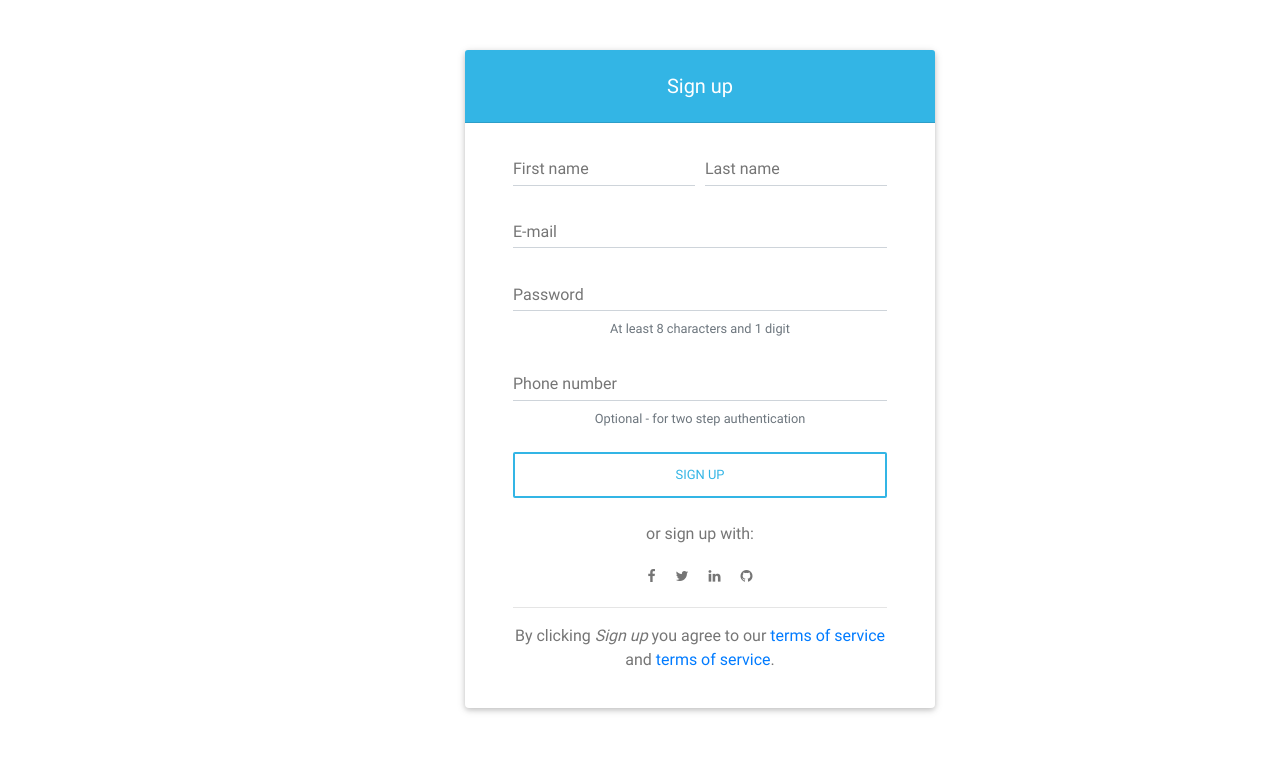
Repository: KJSCEhack/KJSCE_Vanquishers
Page: register.html
These files come from the project's save history. The page is drawn as it stood at one moment and after the next save; the edit follows.
The browser window is 1280 px wide. The pictures show the whole page.

Above is the page before, as saved 2018-10-06 06:44:36.

After the next save:
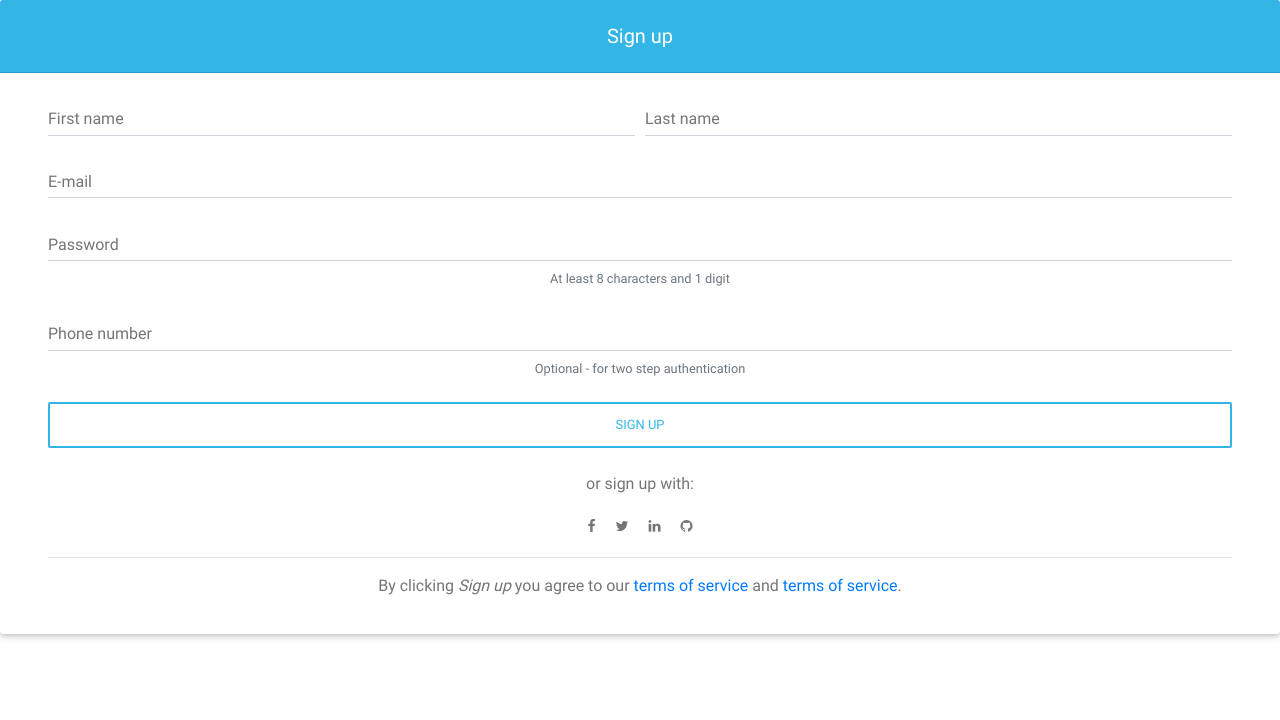
Saved 94 s later.
--- a/register.html
+++ b/register.html
@@ -13,7 +13,6 @@
     <link href="css/style.min.css" rel="stylesheet">
 </head>
 <body>
-    <div class="col-md-6" style="margin-left:450px; margin-top:50px; width:500px";>
     <!-- Material form register -->
     <div class="card">
 

After the save that followed:
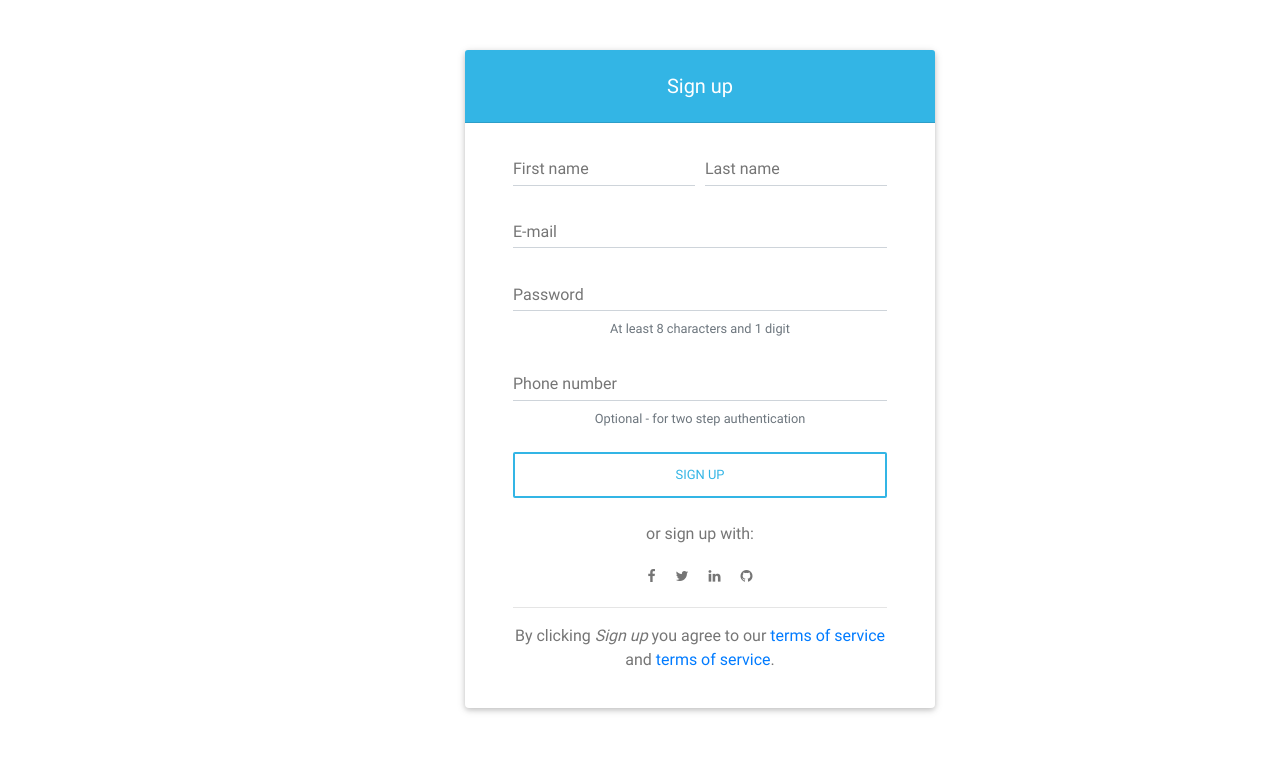
Saved 23 s later.
--- a/register.html
+++ b/register.html
@@ -13,6 +13,7 @@
     <link href="css/style.min.css" rel="stylesheet">
 </head>
 <body>
+    <div class="col-md-6" style="margin-left:450px; margin-top:50px; width:500px";>
     <!-- Material form register -->
     <div class="card">
 
